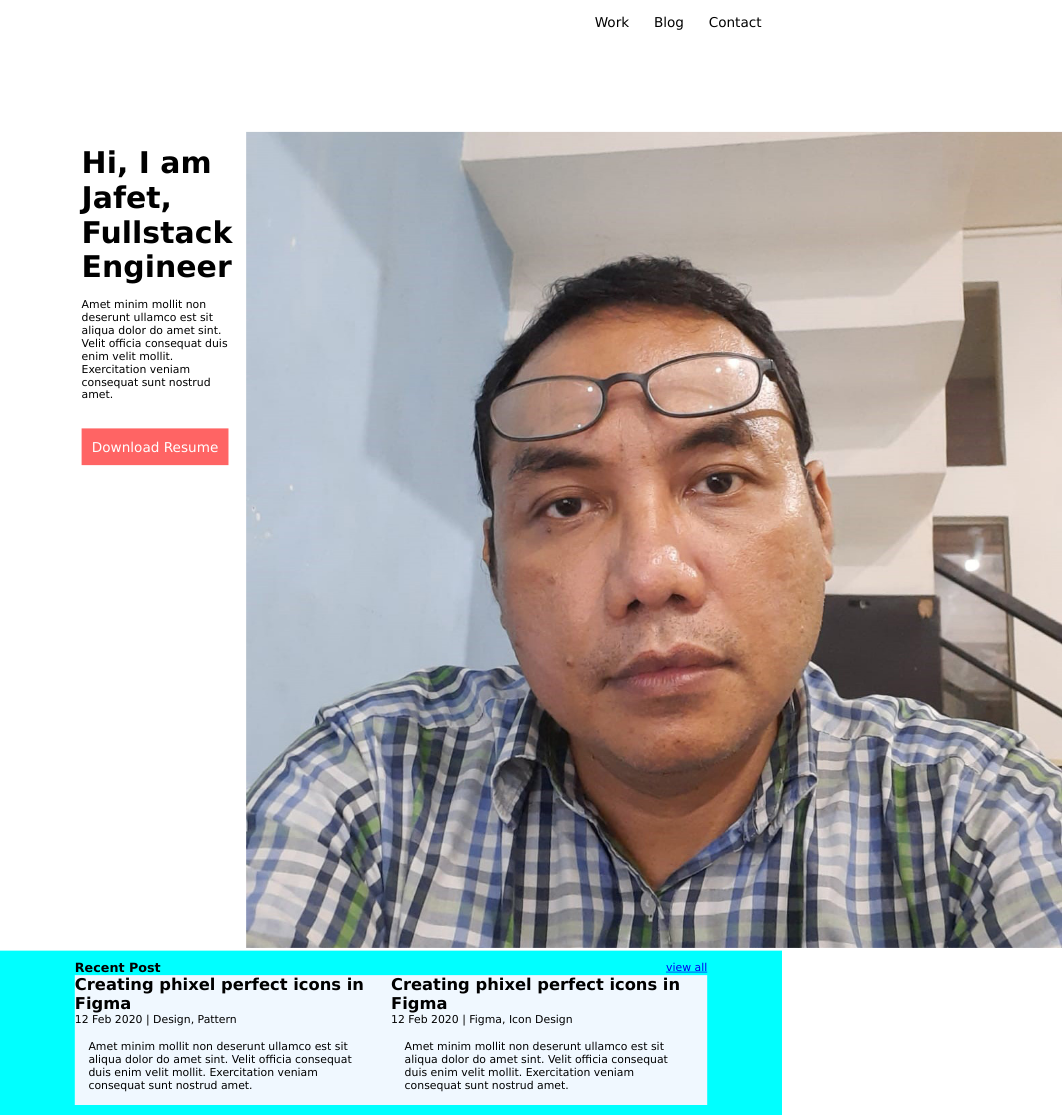
Repository: jafetdn73/portofolio
Page: index.html
These files come from the project's save history. The page is drawn as it stood at one moment and after the next save; the edit follows.
The browser window is 1280 px wide. The page is 1562 px wide, so the pictures cover 1562 px, including what lies to the right of the window. The pictures show the whole page, at 68% of full size.

Above is the page before, as saved 2022-02-23 08:34:43.

After the next save:
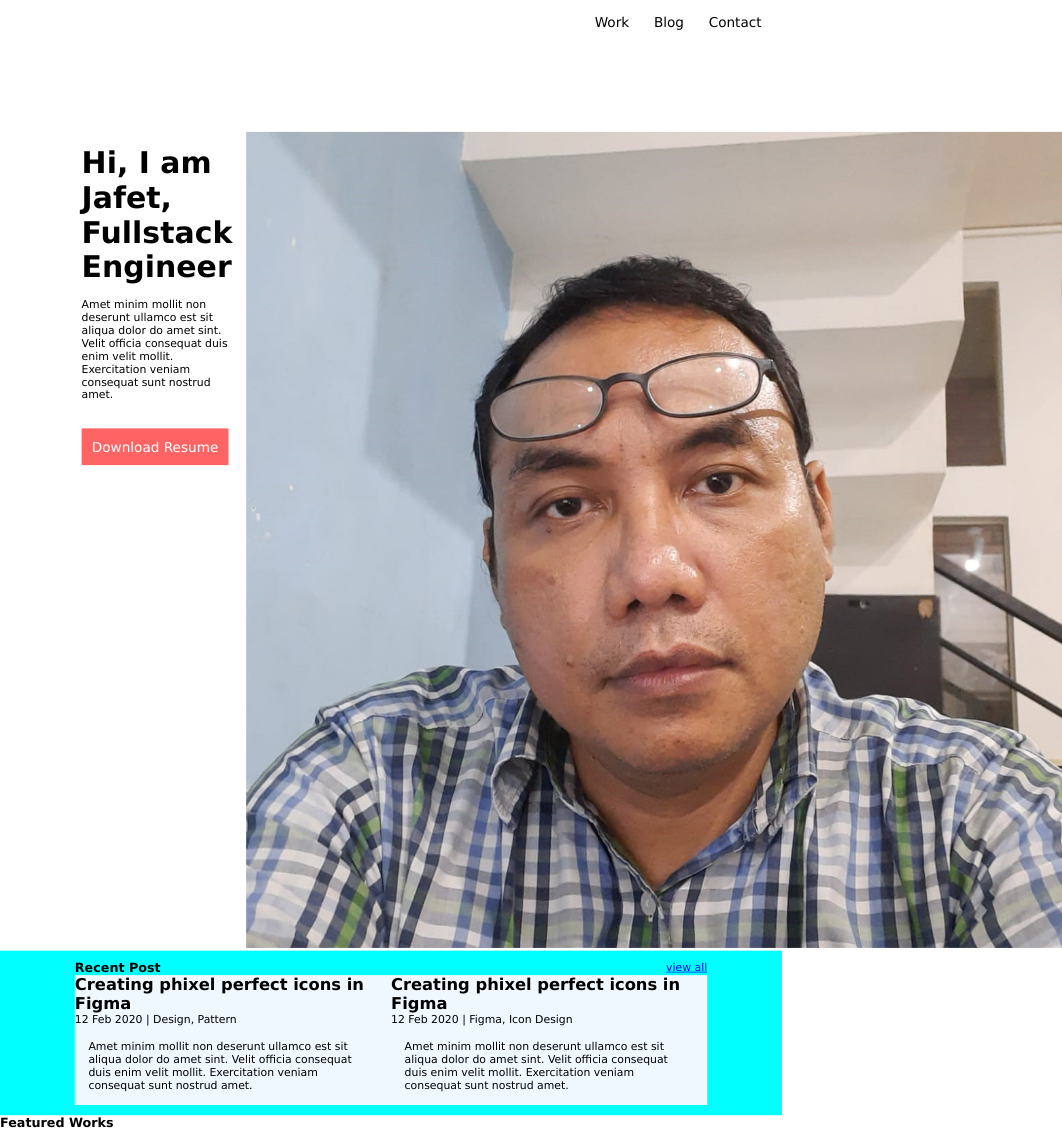
Saved 2 min 33 s later.
--- a/index.html
+++ b/index.html
@@ -65,6 +65,10 @@
                 </div>
             </div>
         </div>
+        <!-- Start Featured -->
+        <div class="featured">
+            <h3>Featured Works</h3>
+        </div>
     </div>
 </body>
 </html>
